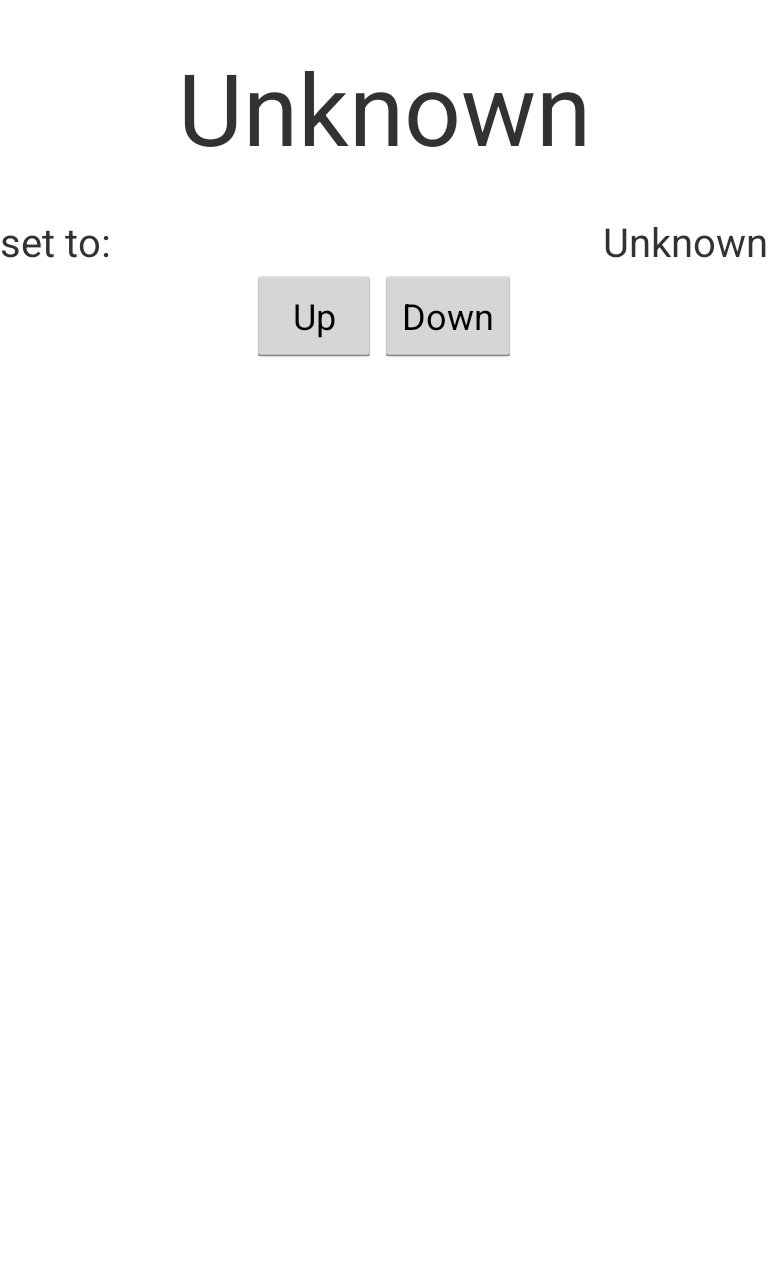
Repository: finerrecliner/SmartVent
Layout: SmartVent/res/layout/activity_room.xml
An editor plug-in stored every save of this project. The layout is shown before and after the next save, followed by the edit.
It is drawn on a 768 x 1280 px phone screen (xhdpi) without system bars, with theme AppTheme; the app's code is not run.

Above is the layout before, as saved 2013-11-03 16:33:32.

After the next save:
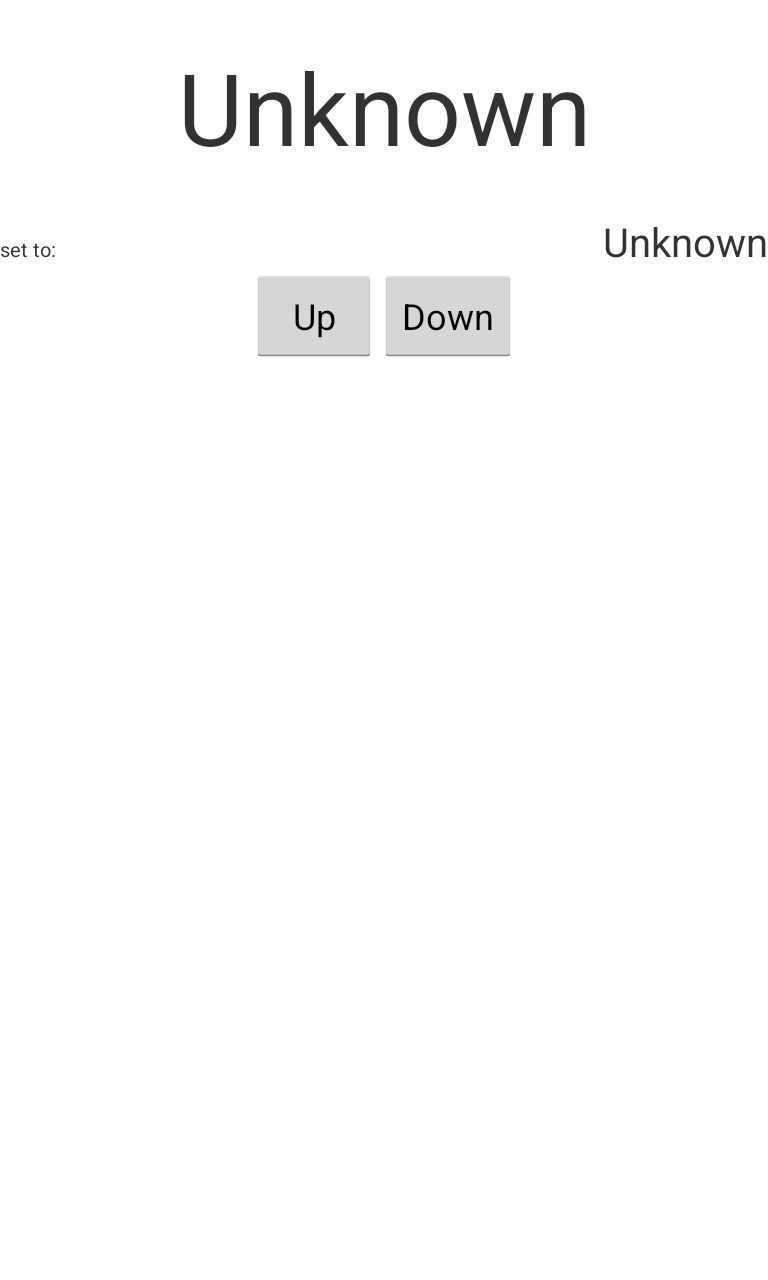
Saved 9 s later.
--- a/SmartVent/res/layout/activity_room.xml
+++ b/SmartVent/res/layout/activity_room.xml
@@ -33,7 +33,7 @@
             android:layout_width="wrap_content"
             android:layout_height="wrap_content"
             android:text="@string/set_temperature"
-            android:textSize="20sp" />
+            android:textSize="10sp" />
 
         <TextView
             android:id="@+id/set_temp_val"
